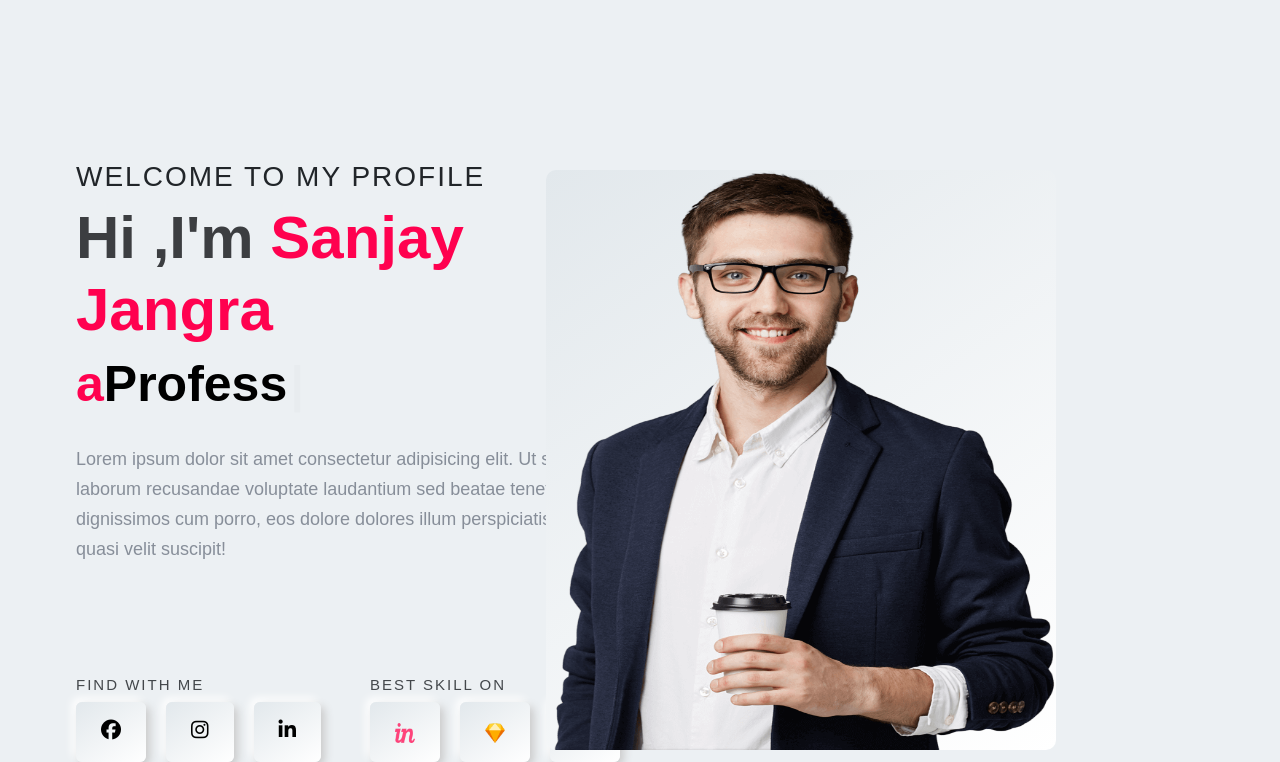
Repository: Sanjayjangra88/PortFolio
Page: /
These files come from the project's save history. The page is drawn as it stood at one moment and after the next save; the edit follows.
The browser window is 1280 px wide. The pictures show the whole page.
Some web libraries are served in a nearby version. The project was rebuilt for these pictures with package versions that can differ from the ones it lists, and the page was loaded fresh each time. Also part of the build but not shown: src/Components/Header/Header.jsx.

Above is the page before, as saved 2022-09-10 21:30:42.

### public/index.html
<!DOCTYPE html>
<html lang="en">
  <head>
    <meta charset="utf-8" />
    <link rel="icon" href="%PUBLIC_URL%/favicon.ico" />
    <meta name="viewport" content="width=device-width, initial-scale=1" />
    <meta name="theme-color" content="#000000" />
    <meta
      name="description"
      content="Web site created using create-react-app"
    />
    <link rel="apple-touch-icon" href="%PUBLIC_URL%/logo192.png" />
    <!--
      manifest.json provides metadata used when your web app is installed on a
      user's mobile device or desktop. See https://developers.google.com/web/fundamentals/web-app-manifest/
    -->
    <link rel="manifest" href="%PUBLIC_URL%/manifest.json" />
    <link rel="stylesheet" href="https://cdnjs.cloudflare.com/ajax/libs/font-awesome/6.1.1/css/all.min.css" integrity="sha512-KfkfwYDsLkIlwQp6LFnl8zNdLGxu9YAA1QvwINks4PhcElQSvqcyVLLD9aMhXd13uQjoXtEKNosOWaZqXgel0g==" crossorigin="anonymous" referrerpolicy="no-referrer" />

    <!--
      Notice the use of %PUBLIC_URL% in the tags above.
      It will be replaced with the URL of the `public` folder during the build.
      Only files inside the `public` folder can be referenced from the HTML.

      Unlike "/favicon.ico" or "favicon.ico", "%PUBLIC_URL%/favicon.ico" will
      work correctly both with client-side routing and a non-root public URL.
      Learn how to configure a non-root public URL by running `npm run build`.
    -->

    <link rel="manifest" href="%PUBLIC_URL%/manifest.json" />
    <link href="https://cdn.jsdelivr.net/npm/bootstrap@5.0.2/dist/css/bootstrap.min.css" rel="stylesheet" integrity="sha384-EVSTQN3/azprG1Anm3QDgpJLIm9Nao0Yz1ztcQTwFspd3yD65VohhpuuCOmLASjC" crossorigin="anonymous">
    <title>React App</title>
  </head>
  <body>
    <noscript>You need to enable JavaScript to run this app.</noscript>
    <div id="root"></div>
    <script src="https://kit.fontawesome.com/7578c5a215.js" crossorigin="anonymous"></script>
    <!--
      This HTML file is a template.
      If you open it directly in the browser, you will see an empty page.

      You can add webfonts, meta tags, or analytics to this file.
      The build step will place the bundled scripts into the <body> tag.

      To begin the development, run `npm start` or `yarn start`.
      To create a production bundle, use `npm run build` or `yarn build`.
    -->

    <script src="https://cdn.jsdelivr.net/npm/@popperjs/core@2.9.2/dist/umd/popper.min.js" integrity="sha384-IQsoLXl5PILFhosVNubq5LC7Qb9DXgDA9i+tQ8Zj3iwWAwPtgFTxbJ8NT4GN1R8p" crossorigin="anonymous"></script>
<script src="https://cdn.jsdelivr.net/npm/bootstrap@5.0.2/dist/js/bootstrap.min.js" integrity="sha384-cVKIPhGWiC2Al4u+LWgxfKTRIcfu0JTxR+EQDz/bgldoEyl4H0zUF0QKbrJ0EcQF" crossorigin="anonymous"></script>
  </body>
</html>

### src/App.js
import React from 'react'
import Header from './Components/Header/Header';
import "./App.css"
import Home from './Components/Home/Home';
const App = () => {
  return (
    <>
      {/* <Header/> */}
      <Home/>
    </>
  )
}

export default App

### src/App.css
@import url('https://fonts.googleapis.com/css2?family=Dancing+Script&family=EB+Garamond:ital,wght@1,500&family=Roboto+Slab:wght@300&display=swap');
* {
  padding: 0;
  margin: 0;
  box-sizing: border-box;
}
html {
  scroll-behavior: smooth;
}
body {
  font-family: "Poppins", sans-serif;
  background-color: #ecf0f3;
}
.container {
  max-width: 95%;
  margin: auto;
}
.d_flex {
  display: flex;
  justify-content: space-between;
}
.f_flex {
  display: flex;
}
a {
  text-decoration: none;
  color: black;
}
li {
  list-style: none;
}
.uppercase {
  text-transform: uppercase;
}
.capitalize {
  text-transform: capitalize;
}

button {
  border: none;
  outline: none;
  background-color: none;
}

.btn_shadow {
  padding: 18px 25px;
  border-radius: 6px;
  transition: 0.3s all ease;
  cursor: pointer;
  color: #000;
  transition: 0.5s;
}
.btn_shadow {
  background: linear-gradient(145deg, #e2e8ec, #ffffff);
  box-shadow: 4px 4px 8px #cbcbcb, -4px -4px 8px #ffffff;
}
.btn_shadow:hover {
  background: #ff014f;
  color: white;
  transform: translateY(-10px);
}
.box_shodow {
  background: linear-gradient(145deg, #e2e8ec, #ffffff);
  box-shadow: 4px 4px 8px #cbcbcb, -4px -4px 8px #ffffff;
  border-radius: 10px;
}
.row,
.left,
.right {
  width: 50%;
}
.top {
  margin-top: 80px;
}
.mtop {
  margin-top: 40px;
}
.heading {
  margin: 50px 0 50px 0;
}
.heading h4 {
  color: #ff014f;
  letter-spacing: 2px;
  font-weight: 400;
}
.heading h1 {
  font-size: 60px;
  color: #3c3e41;
}
h1 {
  color: #3c3e41;
}
.grid {
  display: grid;
  grid-template-columns: repeat(3, 1fr);
  grid-gap: 35px;
}
p {
  color: #3c3e41;
}
.text-center {
  text-align: center;
}
.primary_color {
  color: #ff014f;
}
textarea,
input {
  width: 100%;
  padding: 20px;
  border-radius: 5px;
  outline: none;
  border: 3px solid #e2e8ec;
  margin-bottom: 20px;
}
/*----------Footer---------*/
footer {
  margin: 20% 0 10% 0;
}
footer p {
  margin-top: 30px;
}
/*----------Footer---------*/
@media (max-width: 768px) {
  .grid {
    grid-template-columns: repeat(2, 1fr);
  }
  .left,
  .right {
    width: 100%;
  }
  }

### src/Components/Home/Home.jsx
import React from 'react'
import './home.css'
import hero from '../Pic/hero.png'
import skill1 from '../Pic/skill1.png'
import skill2 from '../Pic/skill2.png'
import skill3 from '../Pic/skill3.png'

import { Typewriter} from 'react-simple-typewriter'

const Home = () => {
  return (
    <>
      <section className='hero'id='home'>
        <div className="container f_flex top">
            <div className="left top">
                <h3>WELCOME TO MY PROFILE</h3>
                <h1>
                    Hi ,I'm <span>Sanjay Jangra
                        </span></h1>
                <h2>
                    a
                    <span>
                    <Typewriter
            words={['Web Developer', 'Professional Coder']}
            loop
            cursor
            cursorStyle='|'
            typeSpeed={70}
            deleteSpeed={50}
            delaySpeed={1000}
            // onLoopDone={handleDone}
            // onType={handleType}
            />
                        </span></h2>
                        <p>
Lorem ipsum dolor sit amet consectetur adipisicing elit. Ut sint a laborum recusandae voluptate laudantium sed beatae tenetur dignissimos cum porro, eos dolore dolores illum perspiciatis. Vero quasi velit suscipit!
                        </p>
                        <div className='hero_btn d_flex'>
                            <div className="col_1">
                                <h4>FIND WITH ME</h4>
                                <div className="button">
                                    <button className='btn_shadow'>
                                        <i className='fab fa-facebook'></i>
                                    </button>
                                    <button className='btn_shadow'>
                                        <i className='fab fa-instagram'></i>
                                    </button>
                                    <button className='btn_shadow'>
                                        <i className='fab fa-linkedin-in'></i>
                                    </button>
                                </div>
                            </div>
                            <div className="col_1">
                                <h4>BEST SKILL ON</h4>
                                <button className='btn_shadow'>
                                        <img src={skill1}alt=''/>
                                    </button>
                                <button className='btn_shadow'>
                                        <img src={skill2}alt=''/>
                                    </button>
                                <button className='btn_shadow'>
                                        <img src={skill3}alt=''/>
                                    </button>
                            </div>
                        </div>
            </div>
            <div className="right">
                <div className="right_img">
                    <img src={hero}alt=''/>
                </div>
            </div>
        </div>
      </section>
    </>
  )
}

export default Home

### src/Components/Header/header.css

*,
*::after,
*::before{
    box-sizing: border-box;
    padding: 0;
    margin: 0;
}

.html{
    font-size: 62.5%;
}

.navbar input[type="checkbox"],
.navbar .hamburger-lines{
    display: none;
}

.container{
    max-width: 1200px;
    width: 90%;
    margin: auto;
}

.navbar{
    box-shadow: 0px 5px 10px 0px #aaa;
    position: fixed;
    width: 100%;
    background: #FAA7B8;
    color: #000;
    opacity: 0.85;
    z-index: 100;
}

.navbar-container{
    display: flex;
    justify-content: space-between;
    height: 64px;
    align-items: center;
}

.menu-items{
    margin-top: 15px;
    order: 2;
    display: flex;
}
.logo{
    order: 1;
    font-size: 2.3rem;
    margin-bottom: 5px;
}

.menu-items li{
    list-style: none;
    margin-left: 1.5rem;
    font-size: 1.3rem;
}

.navbar a{
    color: #444;
    text-decoration: none;
    font-weight: 500;
    transition: color 0.3s ease-in-out;
}

.navbar a:hover{
    color: #117964;
}
.home-btn:hover {
  background: #ff014f;
  color: white;
}


.home-btn {
  padding: 18px 25px;
  height: 1vh;
  line-height: 1vh;
  font-size: 13px;
  border-radius: 6px;
  transition: 0.3s all ease;
  cursor: pointer;
  height: fit-content;
  color: #ff014f;

}
.home-btn {
  background: linear-gradient(145deg, #e2e8ec, #ffffff);
  box-shadow: 4px 4px 8px #cbcbcb, -4px -4px 8px #ffffff;
}
navbar {
  transition: 0.5s;
  font-size: 13px;
  font-weight: 500;
  letter-spacing: 2px;
}





@media (max-width: 900px){
    .navbar{
        opacity: 0.95;
    }

    .navbar-container input[type="checkbox"],
    .navbar-container .hamburger-lines{
        display: block;
    }

    .navbar-container{
        display: block;
        position: relative;
        height: 64px;
    }

    .navbar-container input[type="checkbox"]{
        position: absolute;
        display: block;
        height: 32px;
        width: 30px;
        top: 20px;
        left: 20px;
        z-index: 5;
        opacity: 0;
        cursor: pointer;
    }

    .navbar-container .hamburger-lines{
        display: block;
        height: 28px;
        width: 35px;
        position: absolute;
        top: 20px;
        left: 20px;
        z-index: 2;
        display: flex;
        flex-direction: column;
        justify-content: space-between;
    }

    .navbar-container .hamburger-lines .line{
        display: block;
        height: 4px;
        width: 100%;
        border-radius: 10px;
        background: #333;
    }

    .navbar-container .hamburger-lines .line1{
        transform-origin: 0% 0%;
        transition: transform 0.3s ease-in-out;
    }

    .navbar-container .hamburger-lines .line2{
        transition: transform 0.2s ease-in-out;
    }

    .navbar-container .hamburger-lines .line3{
        transform-origin: 0% 100%;
        transition: transform 0.3s ease-in-out;
    }

    .navbar .menu-items{
        padding-top: 100px;
        background: #fff;
        height: 100vh;
        max-width: 300px;
        transform: translate(-150%);
        display: flex;
        flex-direction: column;
        margin-left: -40px;
        padding-left: 40px;
        transition: transform 0.5s ease-in-out;
        box-shadow:  5px 0px 10px 0px #aaa;
        overflow: scroll;
    }

    .navbar .menu-items li{
        margin-bottom: 1.8rem;
        font-size: 1.1rem;
        font-weight: 500;
    }

    .logo{
        position: absolute;
        top: 10px;
        right: 15px;
        font-size: 2.5rem;

    }

    .navbar-container input[type="checkbox"]:checked ~ .menu-items{
        transform: translateX(0);
    }

    .navbar-container input[type="checkbox"]:checked ~ .hamburger-lines .line1{
        transform: rotate(45deg);
    }

    .navbar-container input[type="checkbox"]:checked ~ .hamburger-lines .line2{
        transform: scaleY(0);
    }

    .navbar-container input[type="checkbox"]:checked ~ .hamburger-lines .line3{
        transform: rotate(-45deg);
    }
    .home-btn:hover {
      background: #ff014f;
      color: white;

    }


    .home-btn {
      padding: 18px 25px;
      height: 1vh;
      line-height: 1vh;
      font-size: 13px;
      border-radius: 6px;
      transition: 0.3s all ease;
      cursor: pointer;
      height: fit-content;
      color: #ff014f;
      margin-right: 25px;

    }
    .home-btn {
      background: linear-gradient(145deg, #e2e8ec, #ffffff);
      box-shadow: 4px 4px 8px #cbcbcb, -4px -4px 8px #ffffff;
    }

}

@media (max-width: 500px){
    .navbar-container input[type="checkbox"]:checked ~ .logo{
        display: none;
    }
}
.demo{
  height: 300vh;
}

### src/Components/Home/home.css
.hero{
    position: relative;

}
.hero h3{
    font-weight: 100;
    letter-spacing: 2px;
}
.hero h1{
    font-size: 60px;
    font-weight: bold;
}
.hero h1 span{
    color: #ff014f;
}
.hero h2{
    font-size: 50px;
    font-weight: bold;
    color: #ff014f;
}
.hero h2 span{
    color: black;
}
.hero p{
    color:#878e99;
    font-size: 18px;
    line-height: 30px;
    margin-top: 30px;
}
.hero_btn{
    margin-top: 20%;
}
/* .hero_btn{
    <element class="hero_btn">
    Selector Specificity:(0,1,0)
} */

.hero_btn h4{
    font-weight: 500;
    letter-spacing: 2px;
    color: #43474b;
    font-size: 15px;
    margin: 30pz 0 30px 0;

}
.hero_btn button{
    margin-right: 20px;
}
.hero_btn i{
    font-size: 20px;
}
.hero_btn button img{
    width: 20px;
    height: 20px;
   }
   .hero .left{
    margin-right: 10px;
   }
.hero .right{
    width: 40%;
    position: relative;
    }
.hero .right img{
    background: linear-gradient(145deg ,#e2e8ec , #ffffff);
    box-shadow: 4px 4px 8px #cbcbcb .4ox -4px 8px #ffffff;
    border-radius: 10px;
    height: 580px;
    width: 510px;
    margin-top: 20%;

}
.hero .right_img img{
    position: absolute;
    top: 0;
    right: 10%;
    width: 510px;

}

Loaded but not shown: src/index.js (common file); src/index.css (common file); src/reportWebVitals.js (common file)

After the next save:
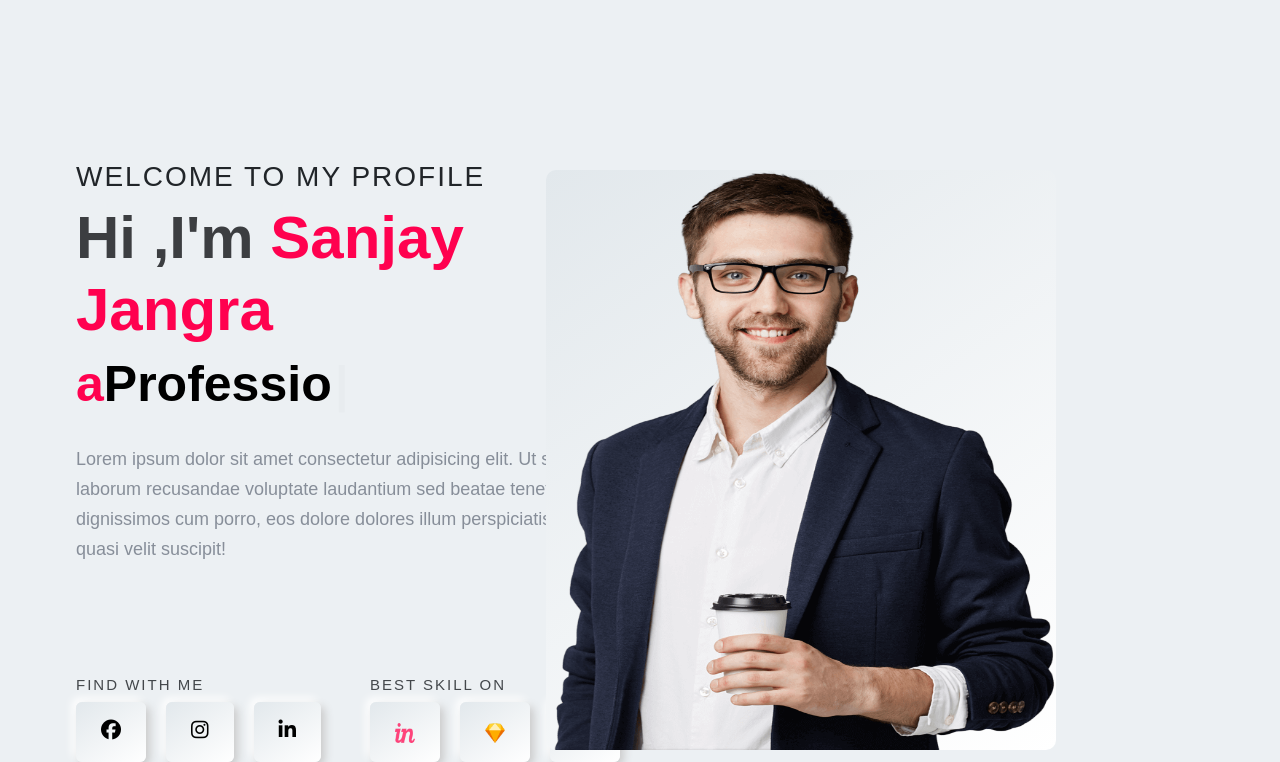
Saved 2 min 1 s later.
--- a/src/Components/Home/Home.jsx
+++ b/src/Components/Home/Home.jsx
@@ -21,7 +21,7 @@ const Home = () => {
                     a
                     <span>
                     <Typewriter
-            words={['Web Developer', 'Professional Coder']}
+            words={['Web Developer', 'Professional Coder.']}
             loop
             cursor
             cursorStyle='|'
